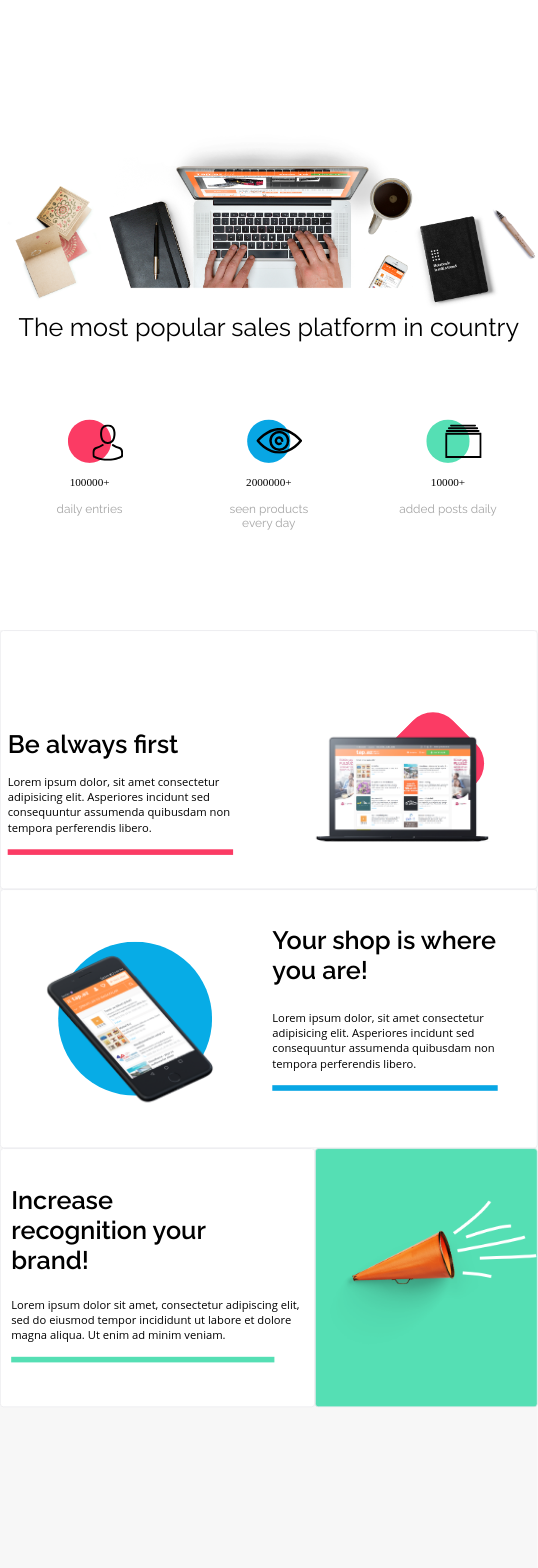
Repository: VolodymyrDubnytskyi/BestShop_project
Page: index.html
The author's editor kept a copy of each file at every save. The page is drawn from the files as they stood at one save, then again after the next save.
The browser window is 768 px wide. The pictures show the part of the page from y = 466 to 2706 px (the page is 4270 px tall), at 70% of full size.
Some web libraries are served in a nearby version.

Above is the page before, as saved 2020-01-17 19:50:35.

After the next save:
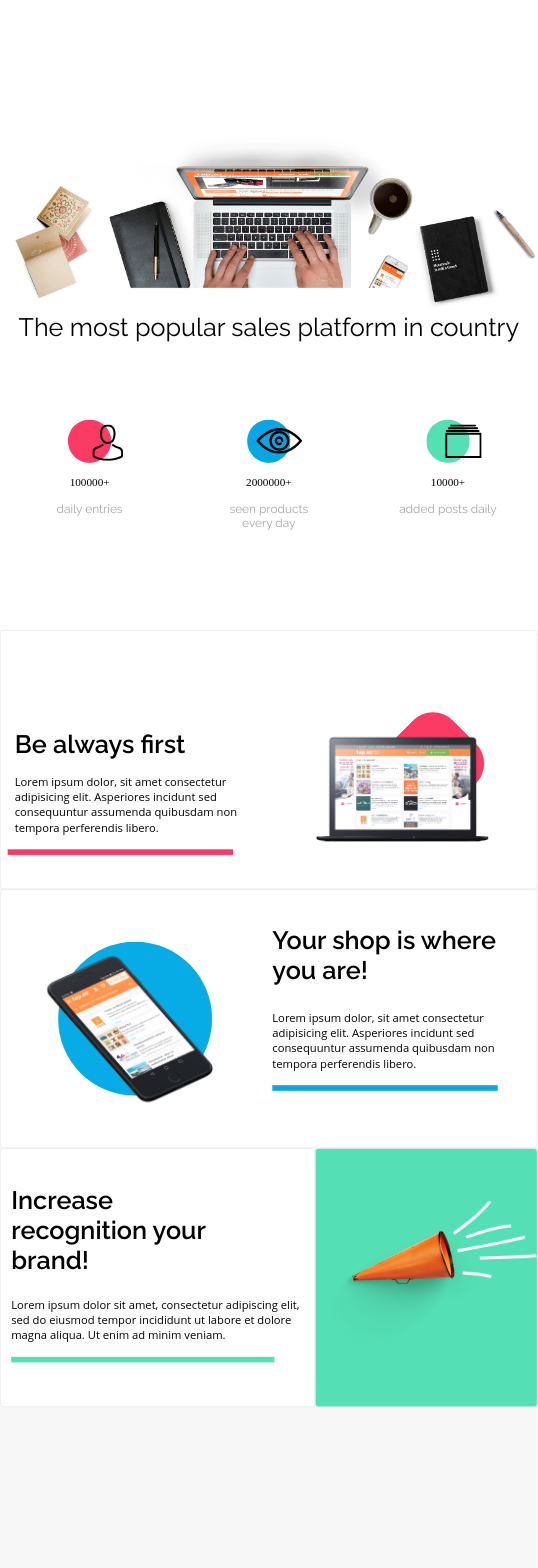
Saved 2 min 35 s later.
--- a/css/style.css
+++ b/css/style.css
@@ -859,10 +859,10 @@ background-color: #eb476d1d;
     margin-bottom: 0;
   }
   .main-content-info-box h2{
-    padding: 141px 0 0 10px;
+    padding: 141px 0 0 20px;
   }
   .main-content-info-box p{
-    padding: 20px 0 20px 10px;
+    padding: 20px 0 20px 20px;
   }
   .main-content-info-box hr {
     margin-left: 10px;
